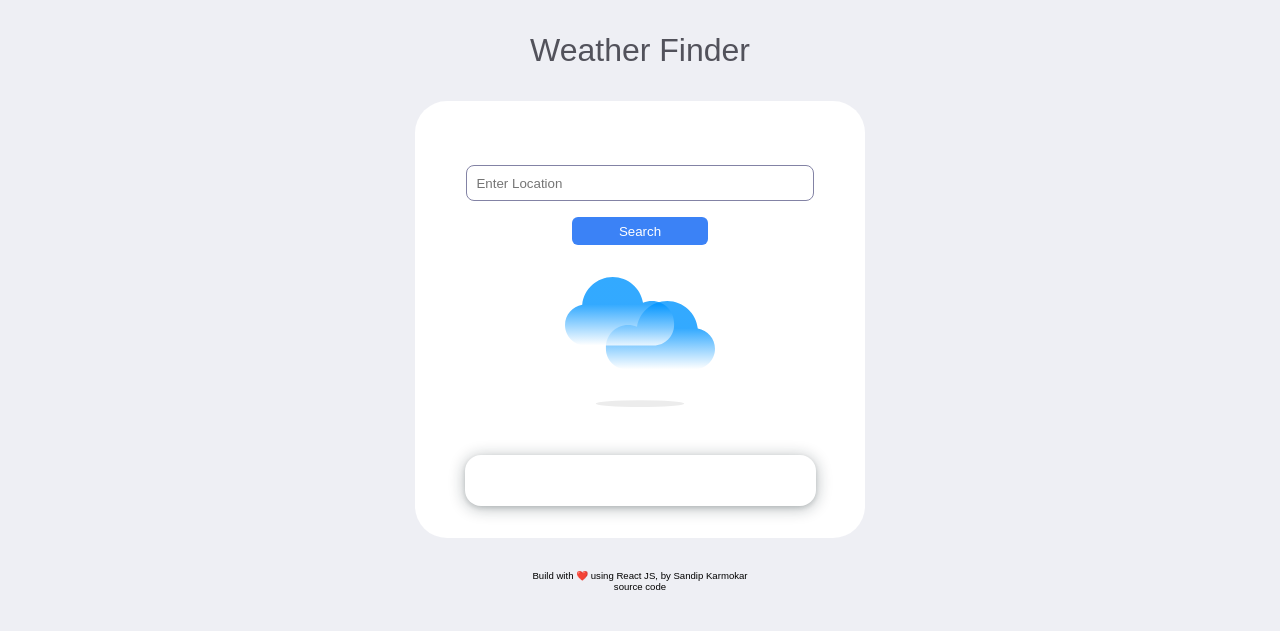
Repository: sandipkarmokar/weather-app
Page: /
An editor plug-in stored every save of this project. The page is shown before and after the next save, followed by the edit.
The browser window is 1280 px wide. The pictures show the whole page.
The project was rebuilt for these pictures with package versions that can differ from the ones it lists, and the page was loaded fresh each time.

Above is the page before, as saved 2022-04-12 18:12:49.

### src/App.js
import { useState, useEffect } from 'react';
import './App.css';
import WeatherForm from './components/WeatherForm';
import WeatherInfoShow from './components/WeatherInfoShow';

function App() {
    const [city, setCity] = useState('');
    const [gotData, setGotData] = useState(false);
    const [weatherData, setWeatherData] = useState([]);
    const [isDay, setIsDay] = useState(false);

    console.log(weatherData);
    const url = `https://api.openweathermap.org/data/2.5/weather?q=${city}&appid=390f3fd7515cacb5596ae4765de92a6d`;

    const fetchData = async (e) => {
        e.preventDefault();
        try {
            const response = await fetch(url);
            const data = await response.json();
            setWeatherData(data);
            setGotData(true);
            const isDay = weatherData?.weather[0].icon?.includes('d');
            setIsDay(isDay);
        } catch (error) {
            console.log(error);
            setGotData(false);
        }
    };

    return (
        <div className="app">
            <div className="heading">
                <p>Weather Finder</p>
            </div>
            <div className="app-container">
                <WeatherForm
                    city={city}
                    setCity={setCity}
                    fetchData={fetchData}
                ></WeatherForm>

                <WeatherInfoShow
                    gotData={gotData}
                    weatherData={weatherData}
                    isDay={isDay}
                ></WeatherInfoShow>
            </div>
            <footer>
                <p>Build with ❤️ using React JS, by Sandip Karmokar</p>
                <p>source code</p>
            </footer>
        </div>
    );
}

export default App;

### src/App.css
* {
    margin: 0;
    padding: 0;
    box-sizing: border-box;
    font-family: Arial, Helvetica, sans-serif;
}

.app {
    background-color: #eeeff4;
    height: 100vh;
}

.app .heading p {
    color: #52525b;
    padding-top: 2rem;
    font-size: 2rem;
    text-align: center;
}

.app .app-container {
    width: 90%;
    margin: 2rem auto;
    background: #ffffff;
    border-radius: 2rem;
    padding: 1rem 0;
}

.app .app-container .weather-form {
    width: 86%;
    margin: 0 auto;
    display: flex;
    flex-direction: column;
}

.app .app-container .weather-form input {
    padding: 0.6rem;
    margin: 1rem auto;
    border: 0.5px solid #8383a5;
    border-radius: 8px;
    width: 90%;
    margin-top: 3rem;
}
.app .app-container .weather-form button {
    width: 35%;
    margin: 0 auto;
    padding: 0.4rem;
    background-color: #3b82f6;
    color: #ffffff;
    border: none;
    border-radius: 6px;
    cursor: pointer;
}
.app .app-container .weather-form img {
    width: 150px;

    margin: 2rem auto;
}

.app .app-container .weather-info-show {
    background-color: #ffffff;
    width: 78%;
    box-shadow: rgba(14, 30, 37, 0.12) 0px 2px 4px 0px,
        rgba(14, 30, 37, 0.32) 0px 2px 16px 0px;
    margin: 1rem auto;
    border-radius: 1rem;
    padding: 1.6rem;
}
.app .app-container .weather-info-show .main-info {
    display: flex;
    justify-content: space-between;
}

.app .app-container .weather-info-show .main-info img {
    width: 50px;
    height: 50px;
}
.app .app-container .weather-info-show .main-info .info .location {
    font-size: 1.4rem;
    color: #52525b;
}
.app .app-container .weather-info-show .main-info .info .data {
    font-size: 0.9rem;
    color: #71717a;
}
.app .app-container .weather-info-show .main-info .info .data .large {
    font-size: 1.4rem;
    color: #52525b;
}

.app .app-container .weather-info-show hr {
    width: 50%;
    margin: 1.6rem auto;
}

.app .app-container .weather-info-show .other-info {
    display: flex;
    flex-direction: column;
}
.app .app-container .weather-info-show .other-info p {
    color: #3f3f46;
}

.app .app-container .weather-info-show .other-info .other-info-data {
    display: grid;

    grid-template-columns: 1fr 1fr;
    grid-template-rows: 1fr 1fr;
    gap: 1rem;
    margin-top: 1rem;
}

.app .app-container .weather-info-show .other-info .other-info-data .item {
    display: flex;
}

.app .app-container .weather-info-show .other-info .other-info-data .item img {
    height: 32px;
    width: 32px;
    margin: 0 0.6rem;
}

.app
    .app-container
    .weather-info-show
    .other-info
    .other-info-data
    .item
    .sub-info {
    display: flex;
    flex-direction: column;
}

.app
    .app-container
    .weather-info-show
    .other-info
    .other-info-data
    .item
    .sub-info
    .data {
    color: #3f3f46;
}
.app
    .app-container
    .weather-info-show
    .other-info
    .other-info-data
    .item
    .sub-info
    .sub-info-title {
    color: #3f3f46;
    font-size: 0.8rem;
}

.app footer p {
    text-align: center;
    font-size: 0.6rem;
}

@media only screen and (min-width: 500px) {
    .app {
        background-color: #eeeff4;
        height: 100vh%;
    }

    .app .app-container {
        width: 450px;
        margin: 2rem auto;
        background: #ffffff;
        border-radius: 2rem;
        padding: 1rem 0;
    }
    .app footer p {
        text-align: center;
        margin: 0 auto;
        width: 450px;
        font-size: 0.6rem;
        background: #eeeff4;
    }
}

### src/components/WeatherForm.js
import React from 'react';
import mainImage from '../icons/perfect-day.svg';

const WeatherForm = ({ city, setCity, fetchData }) => {
    return (
        <div className="weather-form">
            <input
                type="text"
                placeholder="Enter Location"
                value={city}
                onChange={(e) => setCity(e.target.value)}
            />
            <button onClick={fetchData}>Search</button>
            <img src={mainImage} alt="" />
        </div>
    );
};

export default WeatherForm;

### src/components/WeatherInfoShow.js
import React from 'react';
import imagex from '../icons/cloudy.svg';

import sunset from '../icons/temp.svg';
import sunrise from '../icons/temp.svg';
import humidity from '../icons/humidity.svg';
import wind from '../icons/wind.svg';
import pressure from '../icons/pressure.svg';

const WeatherInfoShow = ({ weatherData, gotData, isDay }) => {
    console.log(weatherData);
    const getTime = (timeStamp) => {
        return `${new Date(timeStamp * 1000).getHours()}:${new Date(
            timeStamp * 1000
        ).getMinutes()}`;
    };
    return (
        <div className="weather-info-show">
            {gotData ? (
                <>
                    <div className="main-info">
                        <div className="info">
                            <div className="location">
                                {weatherData?.name} {weatherData?.sys.country}
                            </div>
                            <div className="data">
                                <span className="large">{`${Math.floor(
                                    weatherData?.main?.temp - 273
                                )}°C`}</span>{' '}
                                | {weatherData?.weather[0].description}
                            </div>
                        </div>
                        <img src={imagex} alt="" />
                    </div>
                    <hr className="line" />
                    <div className="other-info">
                        <p>Other Info</p>
                        <div className="other-info-data">
                            <div className="item">
                                <img src={isDay ? sunset : sunrise} alt="" />
                                <div className="sub-info">
                                    <p className="data">{`${getTime(
                                        weatherData?.sys[
                                            isDay ? 'sunset' : 'sunrise'
                                        ]
                                    )}`}</p>
                                    <p className="sub-info-title">
                                        {isDay ? 'sunset' : 'sunrise'}
                                    </p>
                                </div>
                            </div>
                            <div className="item">
                                <img src={humidity} alt="" />
                                <div className="sub-info">
                                    <p className="data">
                                        {weatherData?.main.humidity}
                                    </p>
                                    <p className="sub-info-title">humidity</p>
                                </div>
                            </div>
                            <div className="item">
                                <img src={wind} alt="" />
                                <div className="sub-info">
                                    <p className="data">
                                        {weatherData?.wind?.speed}
                                    </p>
                                    <p className="sub-info-title">wind</p>
                                </div>
                            </div>
                            <div className="item">
                                <img src={pressure} alt="" />
                                <div className="sub-info">
                                    <p className="data">
                                        {weatherData?.main.pressure}
                                    </p>
                                    <p className="sub-info-title">pressure</p>
                                </div>
                            </div>
                        </div>
                    </div>
                </>
            ) : (
                ''
            )}
        </div>
    );
};

export default WeatherInfoShow;

Loaded but not shown: public/index.html (common file); src/index.js (common file); src/index.css (common file); src/reportWebVitals.js (common file)

After the next save:
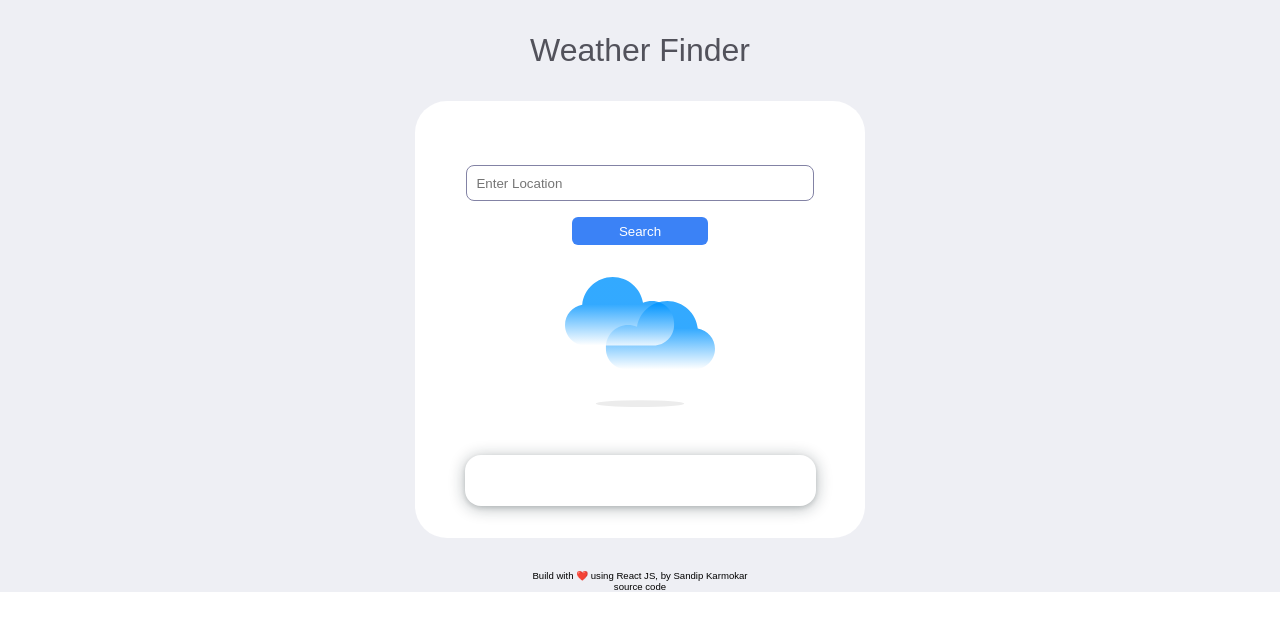
Saved 32 s later.
--- a/src/App.css
+++ b/src/App.css
@@ -160,7 +160,7 @@
 @media only screen and (min-width: 500px) {
     .app {
         background-color: #eeeff4;
-        height: 100vh%;
+        height: 100%;
     }
 
     .app .app-container {

After the 2 saves that followed:
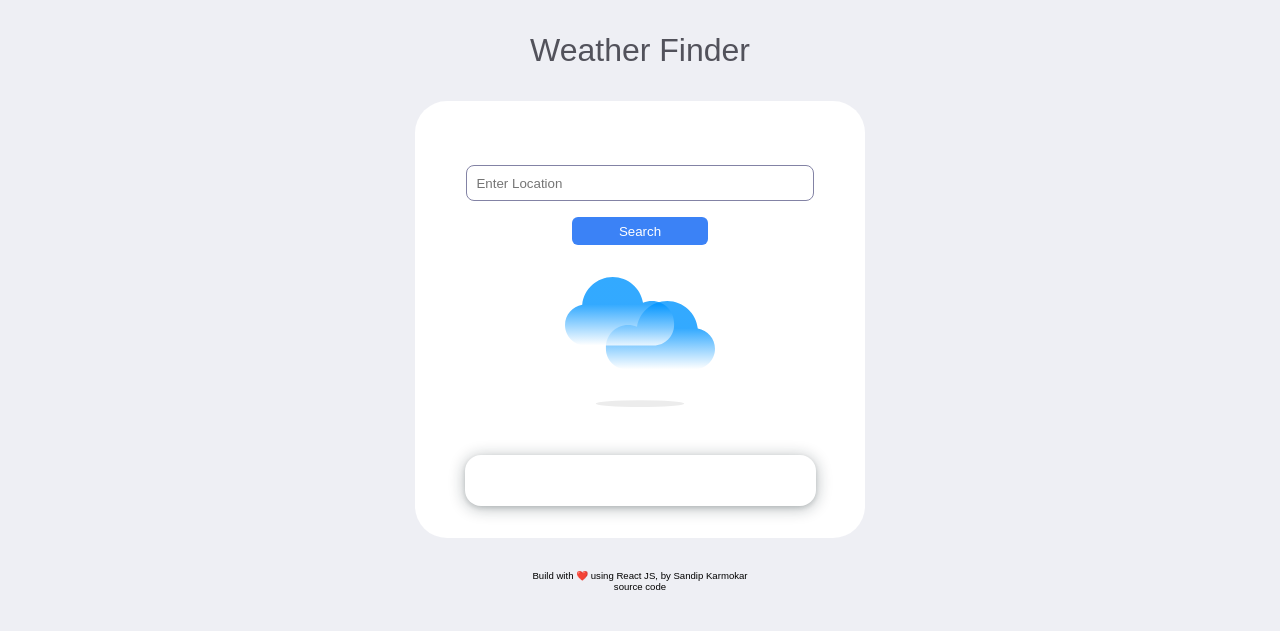
The 2 saves are shown as one change because they came seconds apart.
The last was saved 21 s later.
--- a/src/App.css
+++ b/src/App.css
@@ -178,3 +178,24 @@
         background: #eeeff4;
     }
 }
+@media only screen and (min-width: 1200px) {
+    .app {
+        background-color: #eeeff4;
+        height: 100vh;
+    }
+
+    .app .app-container {
+        width: 450px;
+        margin: 2rem auto;
+        background: #ffffff;
+        border-radius: 2rem;
+        padding: 1rem 0;
+    }
+    .app footer p {
+        text-align: center;
+        margin: 0 auto;
+        width: 450px;
+        font-size: 0.6rem;
+        background: #eeeff4;
+    }
+}
